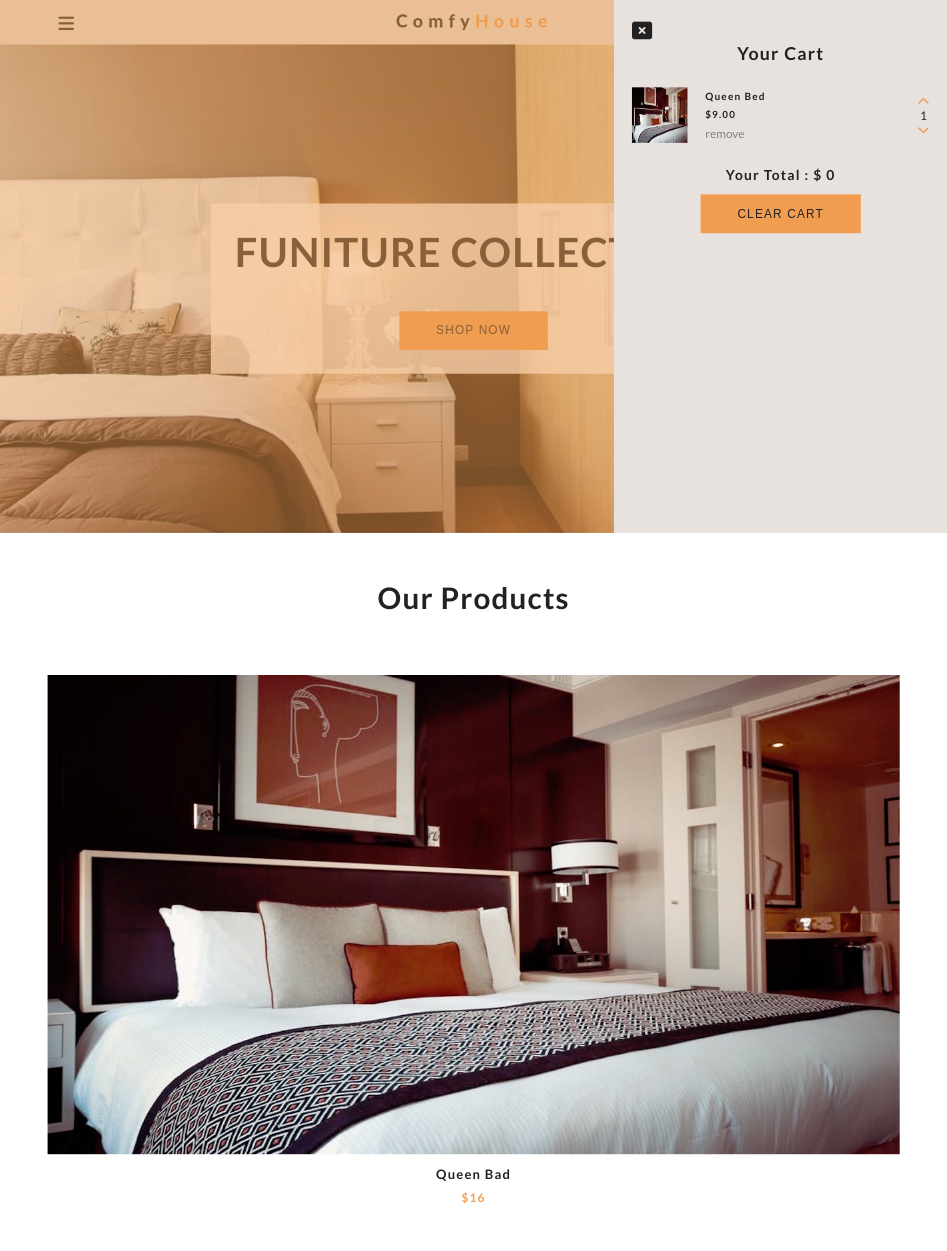
Repository: phamtrunghptn-dev/comfy-house-mater
Page: index.html
The author's editor kept a copy of each file at every save. The page is drawn from the files as they stood at one save, then again after a run of saves.
The browser window is 1280 px wide. The pictures show the whole page, at 74% of full size.
Some web libraries are served in a nearby version.

Above is the page before, as saved 2022-07-01 09:58:01.

After the next 2 saves:
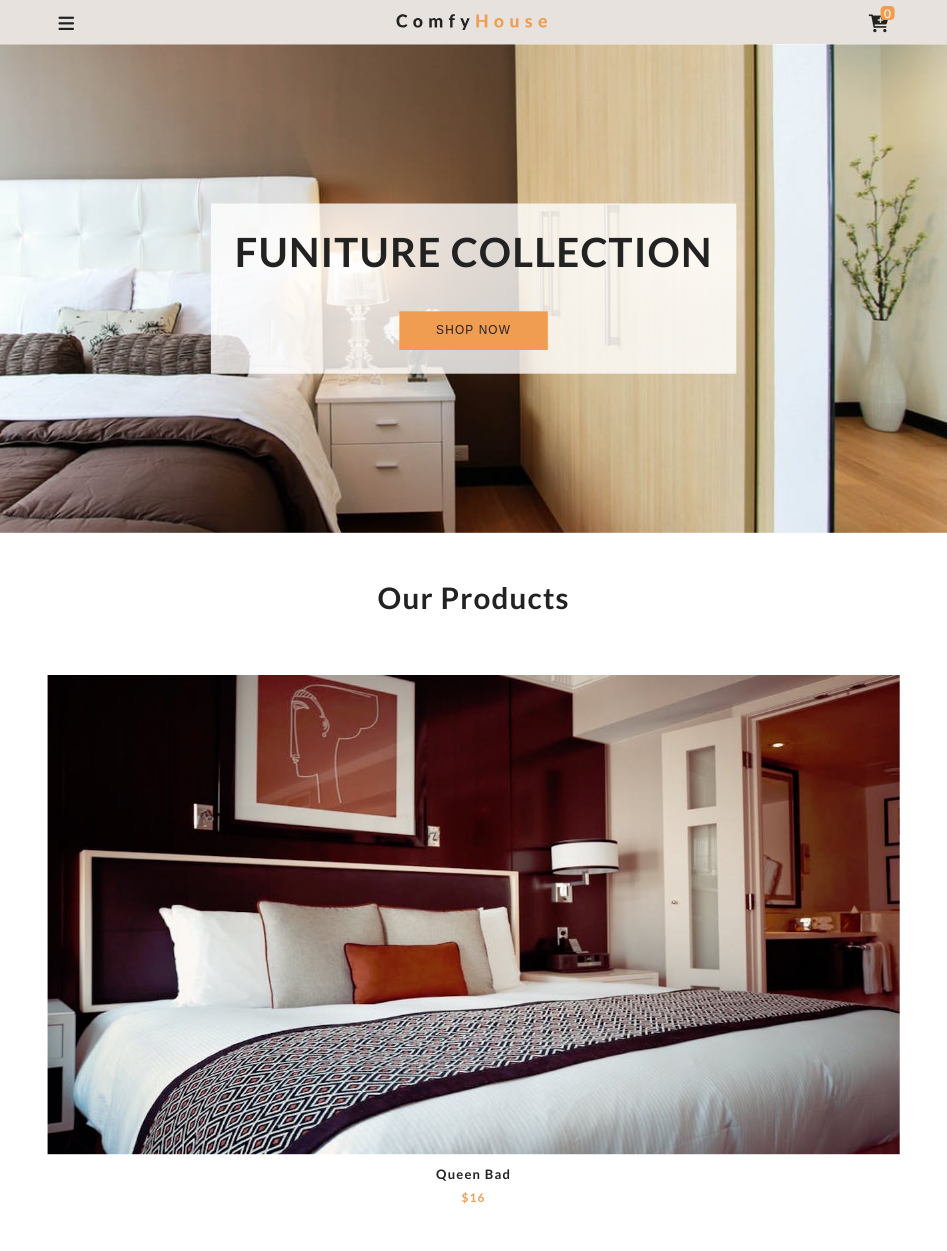
The 2 saves are shown as one change because they came seconds apart.
The last was saved 3 min 47 s later.
--- a/main.css
+++ b/main.css
@@ -175,7 +175,7 @@ body {
   transition: var(--mainTransition);
   background: rgb(240, 157, 81, 0.5);
   z-index: 2;
-  /* visibility: hidden; */
+  visibility: hidden;
 }
 .cart {
   position: fixed;
@@ -188,7 +188,7 @@ body {
   background: rgb(231, 226, 221);
   padding: 1.5rem;
   transition: var(--mainTransition);
-  /* transform: translateX(100%); */
+  transform: translateX(100%);
 }
 .showCart {
   transform: translateX(0);
